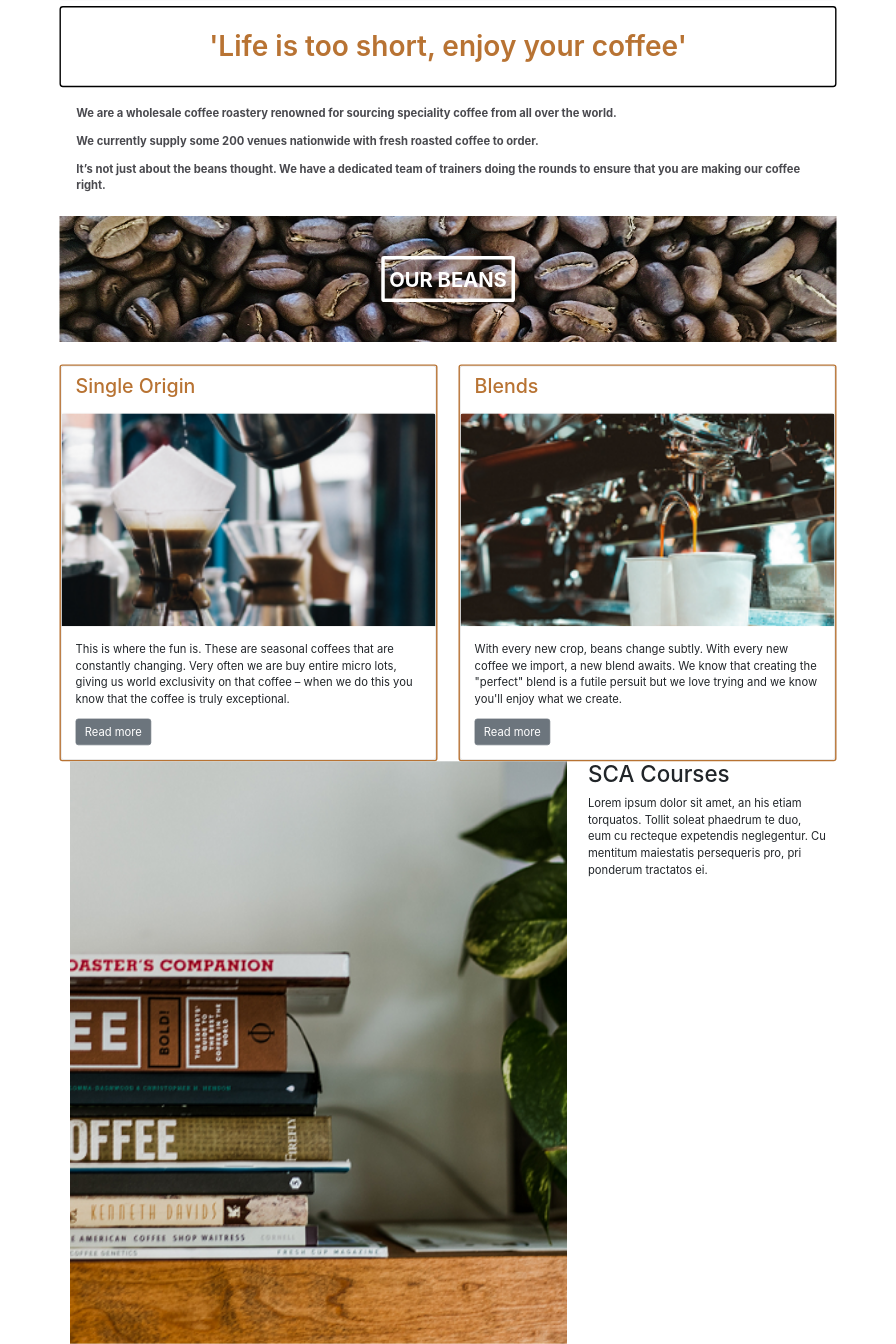
Repository: roxanahefferon/M1
Page: index.html
The author's editor kept a record of every edit. The page is drawn from the files as they stood at one moment, then again after the next edit.
The browser window is 1280 px wide. The pictures show the part of the page from y = 521 to 2441 px (the page is 2441 px tall before and 2008 px after), at 70% of full size.
Pictures or frames that could not be fetched are drawn as grey boxes. Some web libraries are served in a nearby version.

Above is the page before.

After the next edit:
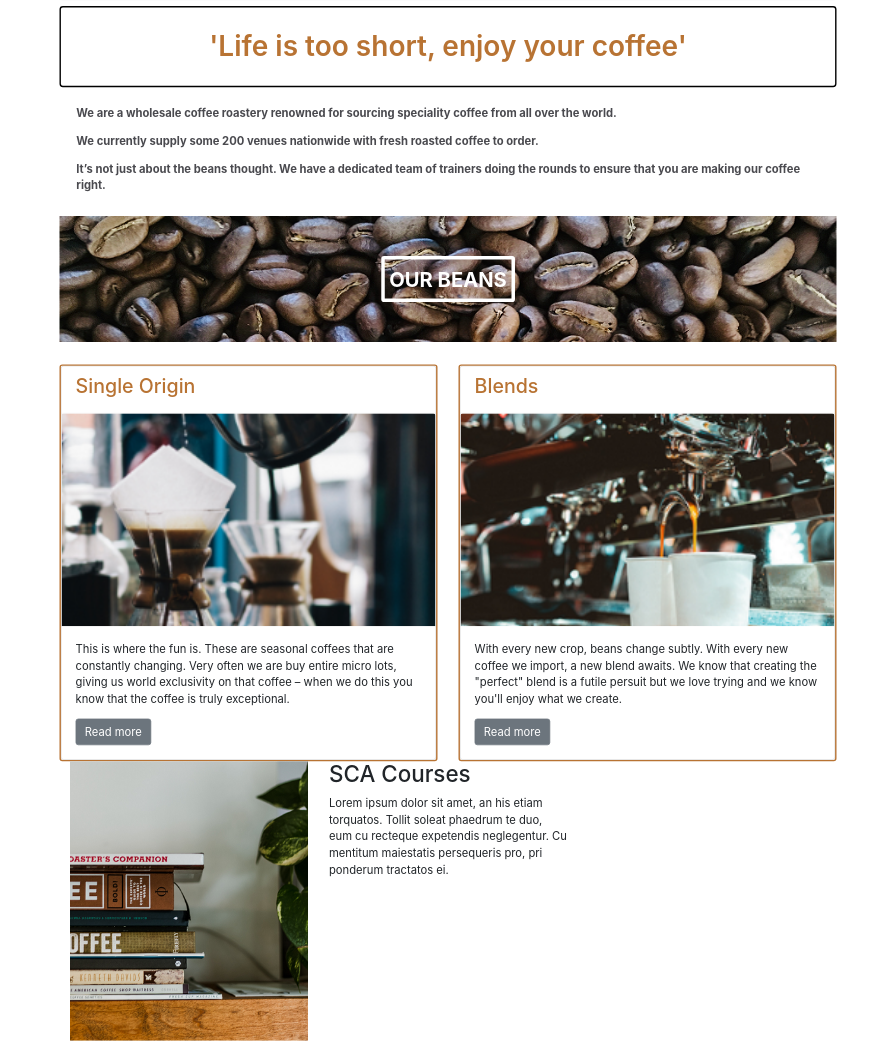
The edit:
--- a/index.html
+++ b/index.html
@@ -101,53 +101,55 @@
 
 <div class="container">
   <div class="row cards-beans">
-      <div class="col-12 col-md-6">
-        <div class="card1">
-          <div class="card" style="width: 100%">
-            <div class="card-header">
-              <h3>Single Origin</h3>
-            </div>
-            <img class="card-img-top" src="./assets/images/single-origin-card1.png" alt="Kettle pouring into chemex image">
-            <div class="card-body">
-              <p class="card-text">This is where the fun is. These are seasonal coffees that are constantly changing. Very often we are buy entire micro lots, giving us world exclusivity on that coffee – when we do this you know that the coffee is truly exceptional.</p>
-              <a href="#" class="btn btn-secondary">Read more</a>
-            </div>
+    <div class="col-12 col-md-6">
+      <div class="card1">
+        <div class="card" style="width: 100%">
+          <div class="card-header">
+            <h3>Single Origin</h3>
           </div>
-        </div>
-      </div>
-
-      <div class="col-12 col-md-6">
-        <div class="card2">
-          <div class="card" style="width: 100%">
-            <div class="card-header">
-              <h3>Blends</h3>
-            </div>
-            <img class="card-img-top" src="./assets/images/blends-card2.png" alt="Espresso machine and cups image">
-            <div class="card-body">
-              <p class="card-text">With every new crop, beans change subtly. With every new coffee we import, a new blend awaits. We know that creating the "perfect" blend is a futile persuit but we love trying and we know you'll enjoy what we create.</p>
-              <a href="#" class="btn btn-secondary">Read more</a>
-            </div>
+          <img class="card-img-top" src="./assets/images/single-origin-card1.png" alt="Kettle pouring into chemex image">
+          <div class="card-body">
+            <p class="card-text">This is where the fun is. These are seasonal coffees that are constantly changing. Very often we are buy entire micro lots, giving us world exclusivity on that coffee – when we do this you know that the coffee is truly exceptional.</p>
+            <a href="#" class="btn btn-secondary">Read more</a>
           </div>
         </div>
       </div>
     </div>
 
-<! --- sca courses --->
+    <div class="col-12 col-md-6">
+      <div class="card2">
+        <div class="card" style="width: 100%">
+          <div class="card-header">
+            <h3>Blends</h3>
+          </div>
+          <img class="card-img-top" src="./assets/images/blends-card2.png" alt="Espresso machine and cups image">
+          <div class="card-body">
+            <p class="card-text">With every new crop, beans change subtly. With every new coffee we import, a new blend awaits. We know that creating the "perfect" blend is a futile persuit but we love trying and we know you'll enjoy what we create.</p>
+            <a href="#" class="btn btn-secondary">Read more</a>
+          </div>
+        </div>
+      </div>
+    </div>
+  </div>
 
-<div class="container">
-  <div class="row">
-    <div class="col-12 col-md-8">
-     <img src="./assets/images/sca-courses-img1.png" alt="coffee books on shelf image" width=100%>
+  <! --- sca courses --->
+
+  <div class="sca-section">
+    <div class="container">
+    <div class="row">
+      <div class="col-12 col-md-4">
+        <img src="./assets/images/sca-courses-img1.png" alt="coffee books on shelf image" width=100%>
+      </div>
+
+      <div class="col-12 col-md-4">
+        <h2>SCA Courses</h2>
+        <div class="courses-body">
+          <p>Lorem ipsum dolor sit amet, an his etiam torquatos. Tollit soleat phaedrum te duo, eum cu recteque expetendis neglegentur. Cu mentitum maiestatis persequeris pro, pri ponderum tractatos ei.</p>
+        </div>
+      </div>
     </div>
-
-    <div class="col-12 col-md-4">
-    <h2>SCA Courses</h2>
-  <div class="courses-body">
-    <p>Lorem ipsum dolor sit amet, an his etiam torquatos. Tollit soleat phaedrum te duo, eum cu recteque expetendis neglegentur. Cu mentitum maiestatis persequeris pro, pri ponderum tractatos ei.</p>
   </div>
   </div>
-</div>
-</div>
 
 
 
